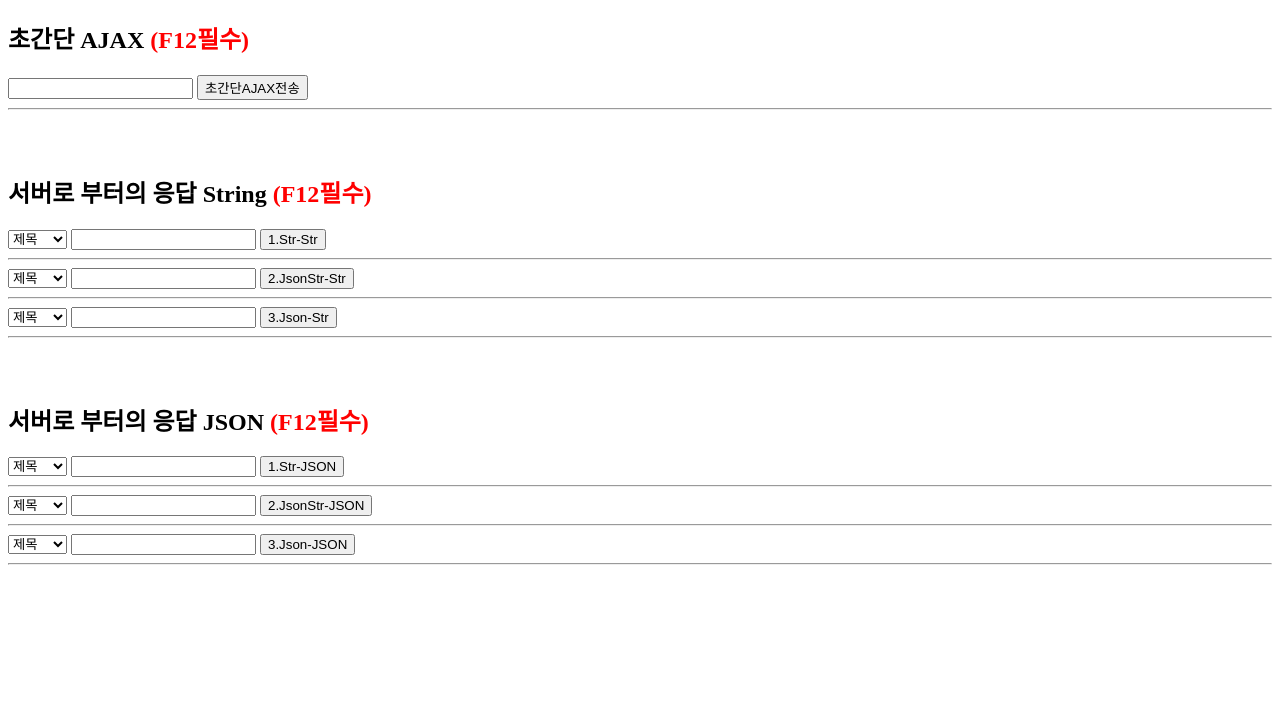
Repository: wonsungjin/Kosta
Page: http://localhost/web_prj/lec_rest.jsp
The author's editor kept a copy of each file at every save. The page is drawn from the files as they stood at one save, then again after the next save.
The browser window is 1280 px wide. The pictures show the whole page.
The page is served by Tomcat 9.

Above is the page before, as saved 2024-05-27 08:38:49.
Console error: SyntaxError: Unexpected string

After the next save:
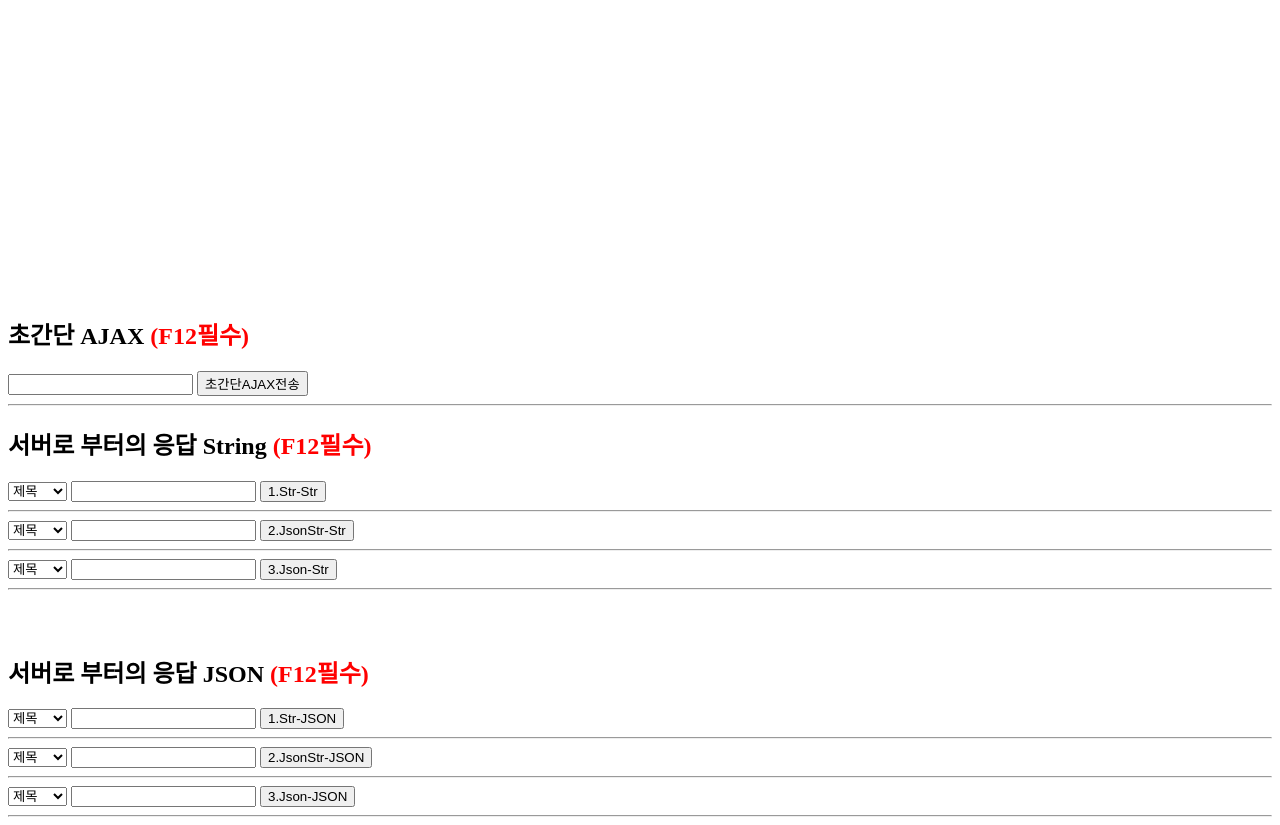
The error is gone.
Saved 31 s later.
--- a/web_prj/src/main/webapp/lec_rest.jsp
+++ b/web_prj/src/main/webapp/lec_rest.jsp
@@ -34,7 +34,7 @@
 
 	  		contentType : "application/x-www-form-urlencoded; charset=UTF-8"   ------ 보낼데이터 타입
 	  		            : "application/json; charset=UTF-8"
-	  		dataType    : (xml, json, script, or html),                        ------ 서버로부터온 응답데이터 타입
+	  		dataType    : (xml, json, script, or html, text),                  ------ 서버로부터온 응답데이터 타입
 
 	  		beforeSend 	: function(){   },
 	  		complete 	: function(){   },
@@ -43,15 +43,16 @@
 	  });
 
 -->
-
+<br><br><br><br><br><br><br><br><br><br><br><br><br><br><br><br>
 <!--  ##################### 서버로 부터의 응답 String #######################  -->
 <h2>초간단 AJAX <font color=red>(F12필수)</font></h2>
-<form id="Str_Str_Form" method="get">
-<input type="text" id="searchStr" name="searchStr" value="">
+<form id="Str_Str_Form" >
+<input id="searchGubun" type=hidden name="searchGubun" value="">
+<input id="searchStr"   type="text" name="searchStr">
 <input type="button" id="AjaxBtn" value="초간단AJAX전송">
-<input type="hidden" id="searchGubun" name="searchGubun" value="sd">
 </form>
-<hr><br><br>
+<hr>
+<div id="resultDIV"></div>
 
 <!--  ##################### 서버로 부터의 응답 String #######################  -->
 <h2>서버로 부터의 응답 String <font color=red>(F12필수)</font></h2>
@@ -135,11 +136,12 @@
 		$.ajax({
 			method      : "GET",
 	        url         : "/RestServlet",
-	        data 		: "searchGubun="+sg+"&searchStr="+ss,
-	  		error 	    : function(myval){"에러" +console.log(myval);  },
-	  		success     : function(myval){"성공" +console.log(myval);  },
-	  		$("#resultDIV").html("<b>"+myval+"</b>")}
-
+	        data 		: "searchGubun="+sg+"&searchStr="+ss ,
+	  		error 	    : function(myval){ console.log("이건에러:" + myval);   },
+	  		success     : function(myval){
+	  										console.log("이건성공:" + myval);
+	  										$("#resultDIV").html("<b>"+myval+"</b>")
+	  									 }
 		});
 	});
 
@@ -152,6 +154,7 @@
 	$("#3__Json_Str_Btn").click(  function(){
 		alert("3");
 	});
+
 	$("#4__Str_Json_Btn").click(  function(){
 		alert("4");
 	});
